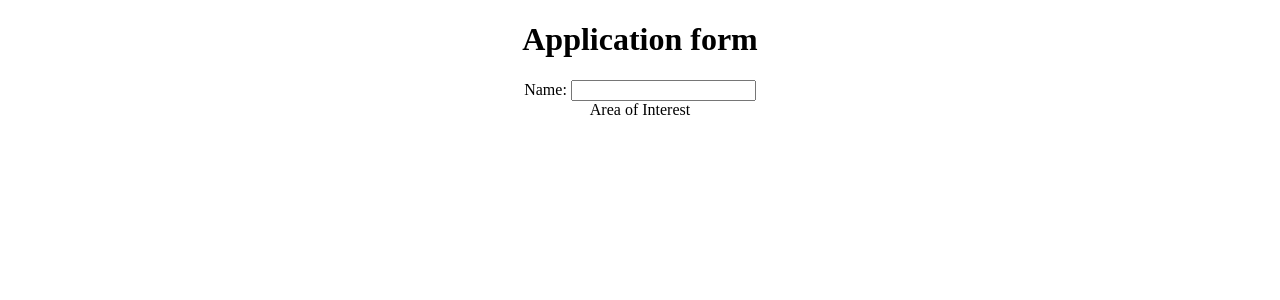
Repository: thanhp6868/ltWeb
Page: 2709_3.html
The author's editor kept a copy of each file at every save. The page is drawn from the files as they stood at one save, then again after the next save.
The browser window is 1280 px wide. The pictures show the whole page.

Above is the page before, as saved 2023-09-27 14:39:12.

After the next save:
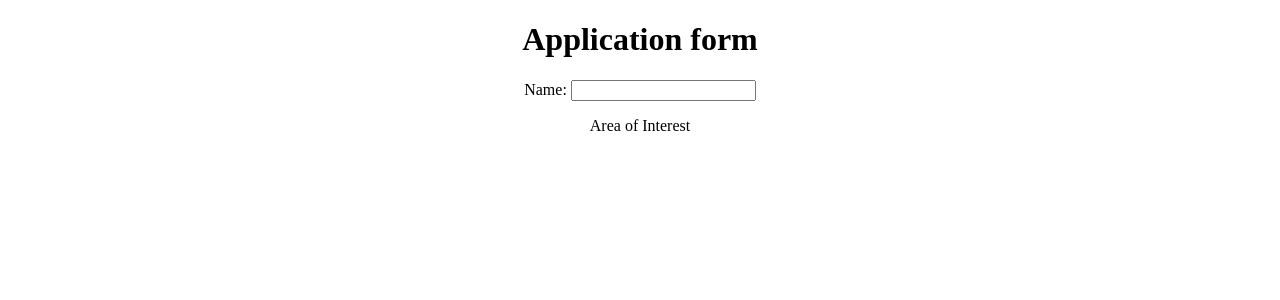
Saved 23 s later.
--- a/2709_3.html
+++ b/2709_3.html
@@ -13,7 +13,7 @@
             <label>Name: </label>
             <input type="label" value="" >
         </div>
-        <label>Area of Interest </label>
+        <p>Area of Interest</p>
     </div>
 
 </body>
